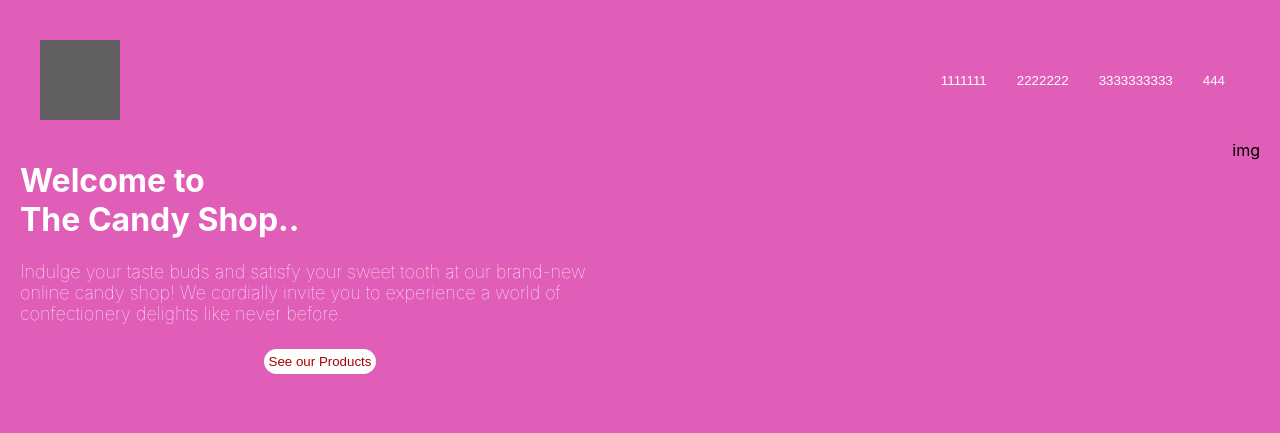
Repository: nika-otter/CandyShop
Page: /
These files come from the project's save history. The page is drawn as it stood at one moment and after the next save; the edit follows.
The browser window is 1280 px wide. The pictures show the whole page.
Pictures or frames that could not be fetched are drawn as grey boxes. An inner scrolling area shows only its first screen. The project was rebuilt for these pictures with package versions that can differ from the ones it lists, and the page was loaded fresh each time.

Above is the page before, as saved 2023-06-11 09:56:50.

### src/App.js
import "./App.css";
import Main from "./Pages/Main";

function App() {
  return (
    <div className="App">
      <Main />
    </div>
  );
}

export default App;

### src/App.css
.App {
  text-align: center;
  /* scrollbar-width: none; */
}

.App-logo {
  height: 40vmin;
  pointer-events: none;
}

@media (prefers-reduced-motion: no-preference) {
  .App-logo {
    animation: App-logo-spin infinite 20s linear;
  }
}

.App-header {
  background-color: #282c34;
  min-height: 100vh;
  display: flex;
  flex-direction: column;
  align-items: center;
  justify-content: center;
  font-size: calc(10px + 2vmin);
  color: white;
}

.App-link {
  color: #61dafb;
}

@keyframes App-logo-spin {
  from {
    transform: rotate(0deg);
  }
  to {
    transform: rotate(360deg);
  }
}

### src/Pages/Main.jsx
import Cupcake from "../components/Cupcake";
import Map from "../components/Map";
import Reviews from "../components/Reviews";
import We from "../components/We";
import WhatWeDo from "../components/WhatWeDo";
import classes from "./Main.module.scss";

function Main() {
  return (
    <div className={classes.container}>
      <Cupcake />
      <We />
      <WhatWeDo />
      <Reviews />
      <Map />
    </div>
  );
}

export default Main;

### src/components/Cupcake.jsx
import classes from "./Cupcake.module.scss";
import Nav from "./Nav";
function Cupcake() {
  return (
    <div className={classes.container}>
      <Nav />
      <div className={classes.content}>
        <div className={classes.info}>
          <h1 className={classes.cupcake__title}>
            Welcome to
            <br />
            The Candy Shop..
          </h1>
          <h2 className={classes.cupcake__subtitle}>
            Indulge your taste buds and satisfy your sweet tooth at our
            brand-new online candy shop! We cordially invite you to experience a
            world of confectionery delights like never before.
          </h2>
          <button className={classes.cupcake__button}>See our Products</button>
        </div>
        <div className={classes.cupcake}>img</div>
      </div>
    </div>
  );
}

export default Cupcake;

### src/components/Map.jsx
import classes from "./Map.module.scss";
function Map() {
  return <div className={classes.container}></div>;
}

export default Map;

### src/components/Reviews.jsx
import classes from "./Reviews.module.scss";
function Reviews() {
  return <div className={classes.container}>Reviews</div>;
}

export default Reviews;

### src/components/We.jsx
import classes from "./We.module.scss";
function We() {
  return <div className={classes.container}>We</div>;
}

export default We;

### src/components/WhatWeDo.jsx
import classes from "./WhatWeDo.module.scss";
function WhatWeDo() {
  return <div className={classes.container}>WhatWeDo</div>;
}

export default WhatWeDo;

### src/Pages/Main.module.scss
.container {
  height: 100vh;
  background-color: pink;
  scroll-snap-type: y mandatory;
  scroll-behavior: smooth;
  overflow-y: auto;
  scrollbar-width: none;
  &::-webkit-scrollbar {
    display: none;
  }
}

### src/components/Cupcake.module.scss
.container {
  height: 100vh;
  background-color: rgb(224, 94, 183);
  scroll-snap-align: center;
  max-width: 1400px;
  padding: 20px;
}
.content {
  display: flex;
  justify-content: space-between;
}
.info {
  width: 600px;
  button {
    background-color: white;
    border: none;
    border-radius: 30px;
    cursor: pointer;
    padding: 5px;
    margin: 10px;
    color: rgb(165, 0, 0);
    &:hover {
    }
  }
}
.cupcake__title {
  //   font-size: large;
  color: white;
  text-align: start;
}
.cupcake__subtitle {
  color: white;
  font-weight: 100;
  font-size: large;
  text-align: start;
}
.cupcake {
  //   width: 500vw;
}

### src/components/Nav.jsx
import classes from "./Nav.module.scss";
function Nav() {
  return (
    <nav className={classes.container}>
      <img
        src="https://cdn-icons-png.flaticon.com/512/1888/1888765.png"
        alt=""
      />
      <div>
        {" "}
        <button>1111111</button>
        <button>2222222</button>
        <button>3333333333</button>
        <button>444</button>
      </div>
    </nav>
  );
}

export default Nav;

### src/components/Map.module.scss
.container {
  height: 100vh;
  background-color: rgb(205, 127, 140);
  scroll-snap-align: center;
}

### src/components/Reviews.module.scss
.container {
  height: 100vh;
  background-color: pink;
  scroll-snap-align: center;
}

### src/components/We.module.scss
.container {
  height: 100vh;
  background-color: rgb(209, 183, 188);
  scroll-snap-align: center;
}

### src/components/WhatWeDo.module.scss
.container {
  height: 100vh;
  background-color: rgb(171, 116, 125);
  scroll-snap-align: center;
}

### src/components/Nav.module.scss
.container {
  display: flex;
  justify-content: space-between;
  padding: 20px;
  max-width: 1400px;
  align-items: center;
  img {
    width: 80px;
    height: 80px;
    filter: invert(100%);
  }
  button {
    background-color: transparent;
    border: none;
    cursor: pointer;
    padding: 5px;
    margin: 10px;
    color: white;
    &:hover {
      background-color: #f5f5f530;
      border-radius: 5px;
    }
  }
}

Loaded but not shown: public/index.html (common file); src/index.js (common file); src/index.css (common file)

After the next save:
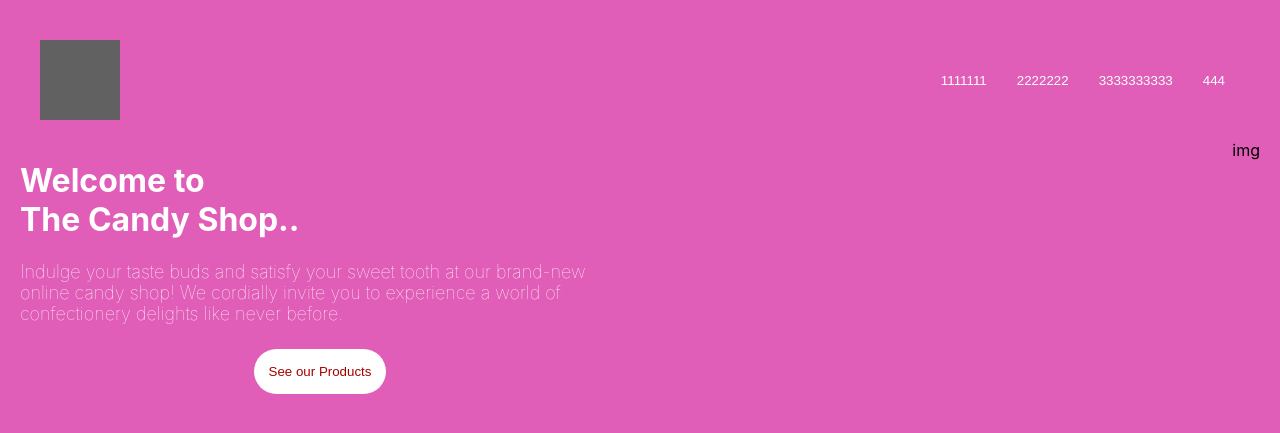
Saved 8 s later.
--- a/src/components/Cupcake.module.scss
+++ b/src/components/Cupcake.module.scss
@@ -16,7 +16,7 @@
     border: none;
     border-radius: 30px;
     cursor: pointer;
-    padding: 5px;
+    padding: 15px;
     margin: 10px;
     color: rgb(165, 0, 0);
     &:hover {
